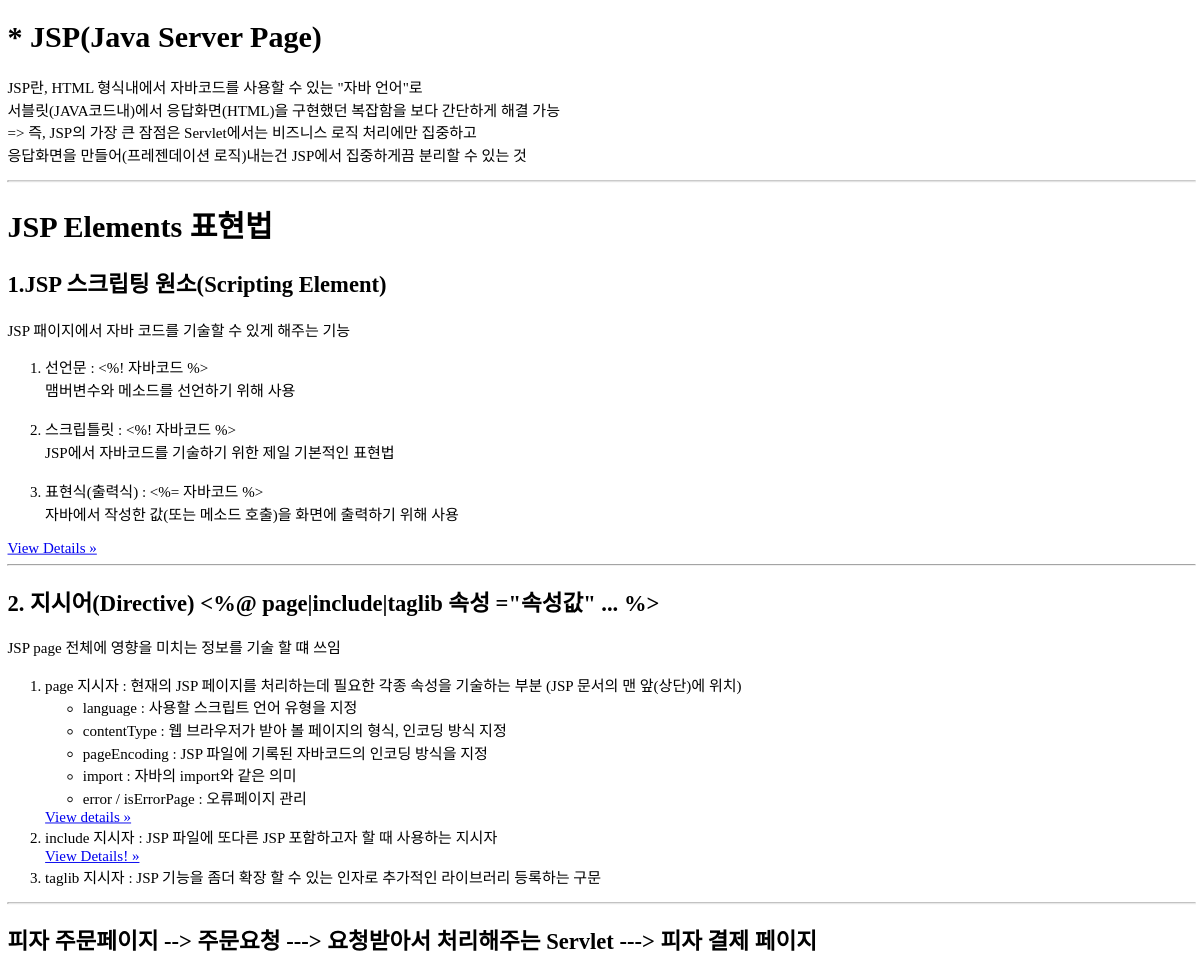
Repository: BrianH29/BH_webserver_workspace1
Page: webserver_workspace1/2_JSP/WebContent/index.html
These files come from the project's save history. The page is drawn as it stood at one moment and after the next save; the edit follows.
The browser window is 1280 px wide. The pictures show the whole page, at 94% of full size.

Above is the page before, as saved 2020-08-31 03:32:24.

### webserver_workspace1/2_JSP/WebContent/index.html
<!DOCTYPE html>
<html>
<head>
<meta charset="UTF-8">
<title>Insert title here</title>
</head>
<body>

	<h1>* JSP(Java Server Page)</h1>

	<p>
		JSP란, HTML 형식내에서 자바코드를 사용할 수 있는 "자바 언어"로<br>
		서블릿(JAVA코드내)에서 응답화면(HTML)을 구현했던 복잡함을 보다 간단하게 해결 가능 <br>
		=> 즉, JSP의 가장 큰 잠점은 Servlet에서는 비즈니스 로직 처리에만 집중하고 <br>
			응답화면을 만들어(프레젠데이션 로직)내는건 JSP에서 집중하게끔 분리할 수 있는 것
	</p>

	<hr>

	<h1>JSP Elements 표현법</h1>

	<h2>1.JSP 스크립팅 원소(Scripting Element)</h2>
	<p>JSP 패이지에서 자바 코드를 기술할 수 있게 해주는 기능</p>

	<ol>
		<li>
			선언문 : &lt;%! 자바코드 %&gt;<br>
			맴버변수와 메소드를 선언하기 위해 사용<br><br>
		</li>
		<li>
			스크립틀릿 : &lt;%! 자바코드 %&gt;<br>
			JSP에서 자바코드를 기술하기 위한 제일 기본적인 표현법 <br><br>
		</li>
		<li>
			표현식(출력식) : &lt;%= 자바코드 %&gt; <br>
			자바에서 작성한 값(또는 메소드 호출)을 화면에 출력하기 위해 사용
		</li>
	</ol>

	<a href="views/01_ScriptingElement.jsp">View Details &raquo;</a>


	<hr>

	<h2> 2. 지시어(Directive) &lt;%@ page|include|taglib 속성 ="속성값" ... %&gt;</h2>
	<p>JSP page 전체에 영향을 미치는 정보를 기술 할 떄 쓰임 </p>


	<ol>
		<li>
			page 지시자 : 현재의 JSP 페이지를 처리하는데 필요한 각종 속성을 기술하는 부분 (JSP 문서의 맨 앞(상단)에 위치)<br>
			<ul>
				<li>language : 사용할 스크립트 언어 유형을 지정</li>
				<li>contentType : 웹 브라우저가 받아 볼 페이지의 형식, 인코딩 방식 지정</li>
				<li>pageEncoding : JSP 파일에 기록된 자바코드의 인코딩 방식을 지정</li>
				<li>import : 자바의 import와 같은 의미</li>
				<li>error / isErrorPage : 오류페이지 관리</li>
			</ul>
			<a href="views/02_directivePage.jsp">View details &raquo;</a>
		</li>
		<li>
			include 지시자 : JSP 파일에 또다른 JSP 포함하고자 할 때 사용하는 지시자<br>
			<a href="views/03_directiveInclude.jsp">View Details! &raquo;</a>
		</li>
		<li>
			taglib 지시자 :  JSP 기능을 좀더 확장 할 수 있는 인자로 추가적인 라이브러리 등록하는 구문
		</li>
	</ol>

	<hr>

	<h2>피자 주문페이지 --> 주문요청 ---> 요청받아서 처리해주는 Servlet ---> 피자 결제 페이지</h2>


</body>
</html>

After the next save:
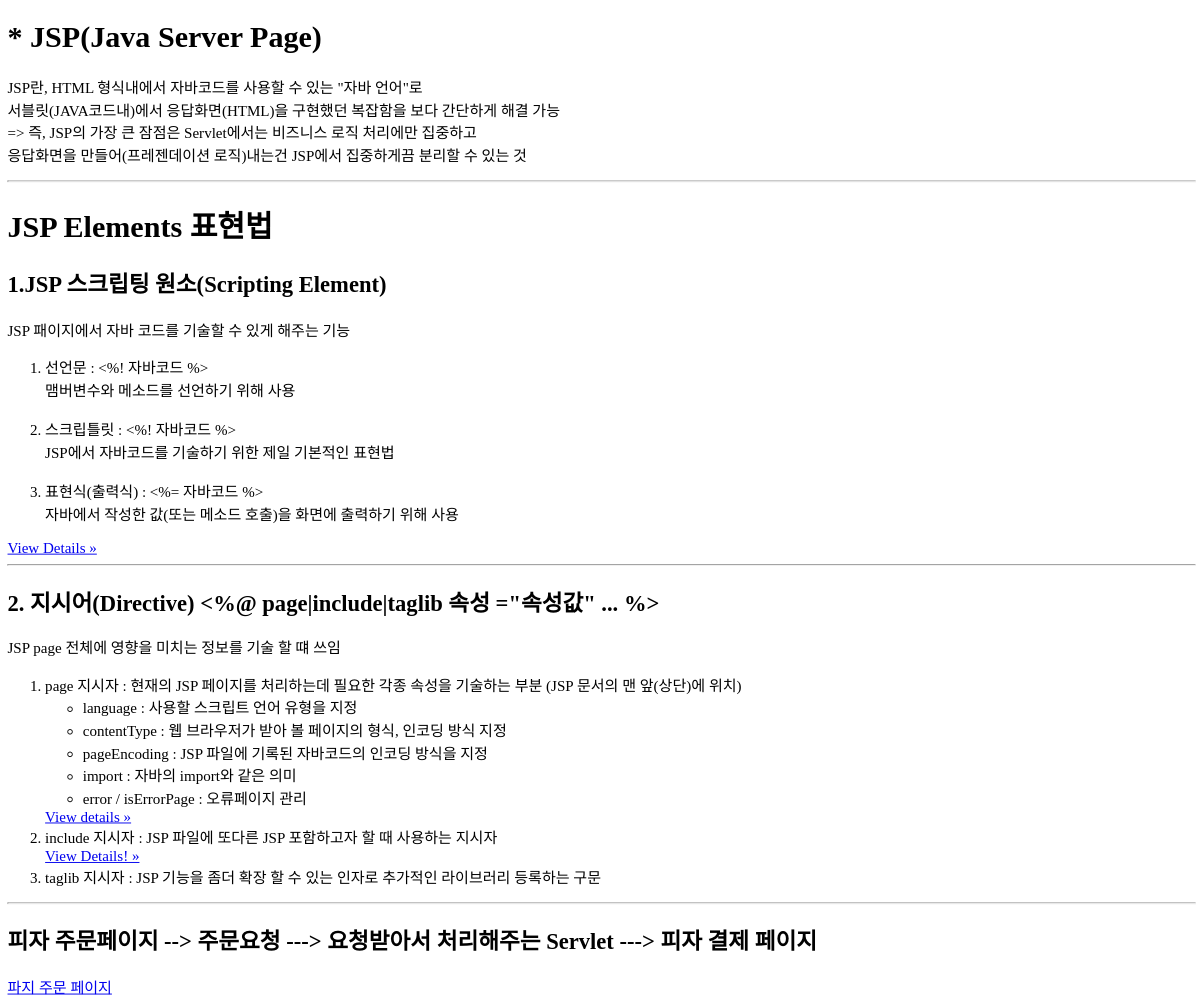
Saved 67 s later.
--- a/webserver_workspace1/2_JSP/WebContent/index.html
+++ b/webserver_workspace1/2_JSP/WebContent/index.html
@@ -70,7 +70,7 @@
 	<hr>
 
 	<h2>피자 주문페이지 --> 주문요청 ---> 요청받아서 처리해주는 Servlet ---> 피자 결제 페이지</h2>
-
+	<a href="04_pizzaOrderForm.jsp">파지 주문 페이지</a>
 
 </body>
 </html>
